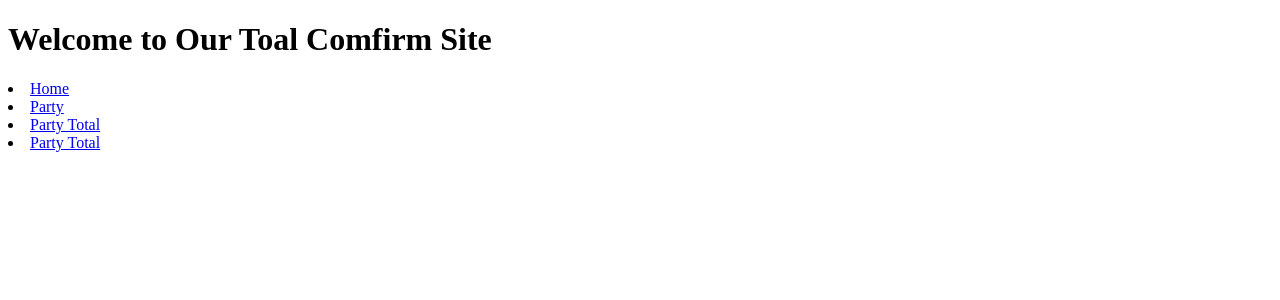
Repository: hsumyatm7308/Laravelb1
Page: http://localhost/staffsparty/comfirm
The author's editor kept a copy of each file at every save. The page is drawn from the files as they stood at one save, then again after a run of saves.
The browser window is 1280 px wide. The pictures show the whole page.
The page is served by the project's Laravel application, run on PHP 8.4 with Laravel 10.

Above is the page before, as saved 2023-07-24 18:21:21.

After the next 2 saves:
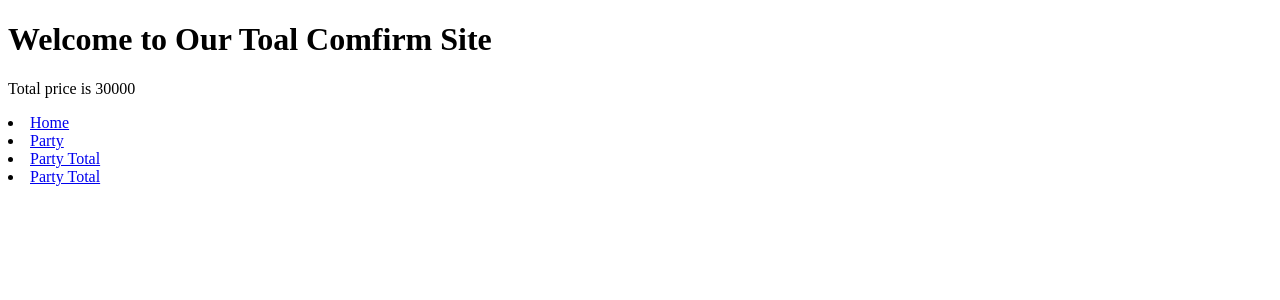
The 2 saves are shown as one change because they came seconds apart.
The last was saved 50 s later.
--- a/exerciseone/resources/views/staffs/partytotalcomfirm.blade.php
+++ b/exerciseone/resources/views/staffs/partytotalcomfirm.blade.php
@@ -5,6 +5,8 @@
 </head>
 <body>
     <h1>Welcome to Our Toal Comfirm  Site </h1>
+    <p>Total price is {{$total}} </p>
+
 
     <li><a href="{{URL::to('home')}}">Home</a></li>
     <li><a href="{{route('party')}}">Party </a></li>
